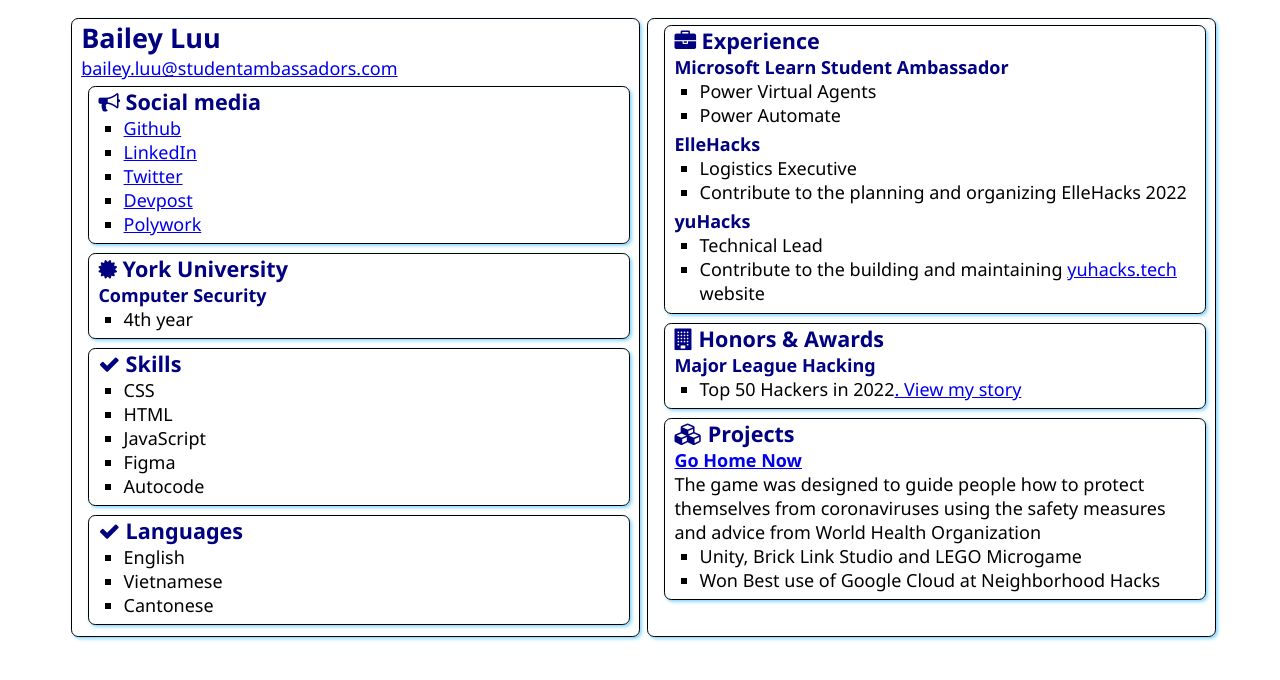
Repository: BaileyLuu/SATechnicalOnboarding
Page: src/index.html
An editor plug-in stored every save of this project. The page is shown before and after the next save, followed by the edit.
The browser window is 1280 px wide. The pictures show the whole page.

Above is the page before, as saved 2022-07-27 21:45:31.

### src/index.html
<!DOCTYPE html>
<html lang="en">
<head>
    <meta charset="UTF-8">
    <meta http-equiv="X-UA-Compatible" content="IE=edge">
    <meta name="viewport" content="width=device-width, initial-scale=1.0">
    <title>Resume</title>

    <link rel="stylesheet" href="style.css">
    <link rel="stylesheet" href="https://cdnjs.cloudflare.com/ajax/libs/font-awesome/4.7.0/css/font-awesome.min.css">
</head>
<body>
    <main>
        <article class="box">
            <h1>Bailey Luu</h1>
            <div><a href="mailto:bailey.luu@studentambassadors.com">bailey.luu@studentambassadors.com</a></div>

            <section class="box">
                <h2>
                    <i class="fa fa-bullhorn" aria-hidden="true"></i>
                    Social media
                </h2>
                <ul>
                    <li><a href="https://github.com/BaileyLuu">Github</a></li>
                    <li><a href="https://linkedin.com/in/baileyluu">LinkedIn</a></li>
                    <li><a href="https://twitter.com/bailey_luu">Twitter</a></li>
                    <li><a href="https://devpost.com/bailey-luu30">Devpost</a></li>
                    <li><a href="https://www.polywork.com/baileyluu">Polywork</a></li>
                </ul>
            </section>

            <section class="box">
                <div class="education">
                    <h2>
                        <i class="fa fa-certificate" aria-hidden="true"></i>
                        York University
                    </h2>
                    <h3>Computer Security</h3>
                    <ul>

                        <li>4th year</li>
                    </ul>
                </div>
            </section>

            <section class="box">
                <h2>
                    <i class="fa fa-check" aria-hidden="true"></i>
                    Skills
                </h2>
                <ul>
                    <li>CSS</li>
                    <li>HTML</li>
                    <li>JavaScript</li>
                    <li>Figma</li>
                    <li>Autocode</li>
                </ul>
            </section>
            <section class="box">
                <h2>
                    <i class="fa fa-check" aria-hidden="true"></i>
                    Languages
                </h2>
                <ul>
                    <li>English</li>
                    <li>Vietnamese</li>
                    <li>Cantonese</li>
                </ul>
            </section>
        </article>
        <article class="box">
            <section class="box">
                <h2>
                    <i class="fa fa-briefcase" aria-hidden="true"></i>
                    Experience
                </h2>
                <h3>Microsoft Learn Student Ambassador</h3>
                <ul>
                    <li>Power Virtual Agents</li>
                    <li>Power Automate</li>
                </ul>
                <h3>ElleHacks</h3>
                <ul>
                    <li>Logistics Executive</li>
                    <li>Contribute to the planning and organizing ElleHacks 2022</li>
                </ul>
                <h3>yuHacks</h3>
                <ul>
                    <li>Technical Lead</li>
                    <li>Contribute to the building and maintaining <a href="http://yuhacks.tech">yuhacks.tech</a> website </li>
                </ul>
            </section>
            <section class="box">
                <h2>
                    <i class="fa fa-building" aria-hidden="true"></i>
                    Honors & Awards
                </h2>

                <h3>Major League Hacking</h3>
                <ul>
                    <li>Top 50 Hackers in 2022<a href="https://top.mlh.io/2022/profiles/bailey-luu">. View my story</a></li>

                </ul>
            </section>
            <section class="box">
                <h2>
                    <i class="fa fa-cubes" aria-hidden="true"></i>
                    Projects
                </h2>

                <h3><a href="https://devpost.com/software/go-home-now">Go Home Now</a></h3>
                <div>The game was designed to guide people how to protect themselves from coronaviruses using the safety measures and advice from World Health Organization</div>
                <ul>
                    <li>Unity, Brick Link Studio and LEGO Microgame</li>
                    <li>Won Best use of Google Cloud at Neighborhood Hacks</li>
                </ul>
            </section>
        </article>

    </main>
</body>
</html>

Loaded but not shown: src/style.css (common file)

After the next save:
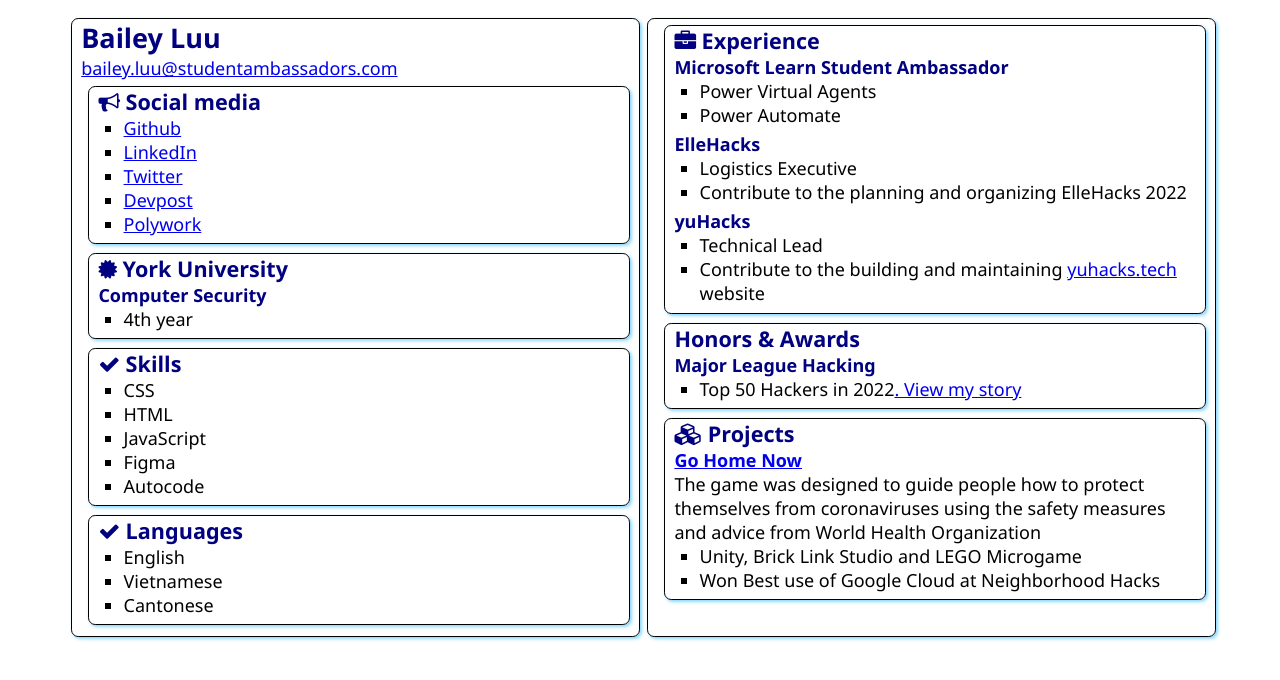
Saved 13 min 3 s later.
--- a/src/index.html
+++ b/src/index.html
@@ -92,7 +92,7 @@
             </section>
             <section class="box">
                 <h2>
-                    <i class="fa fa-building" aria-hidden="true"></i>
+                    <i class="fa-solid fa-award" aria-hidden="true"></i>
                     Honors & Awards
                 </h2>
 
